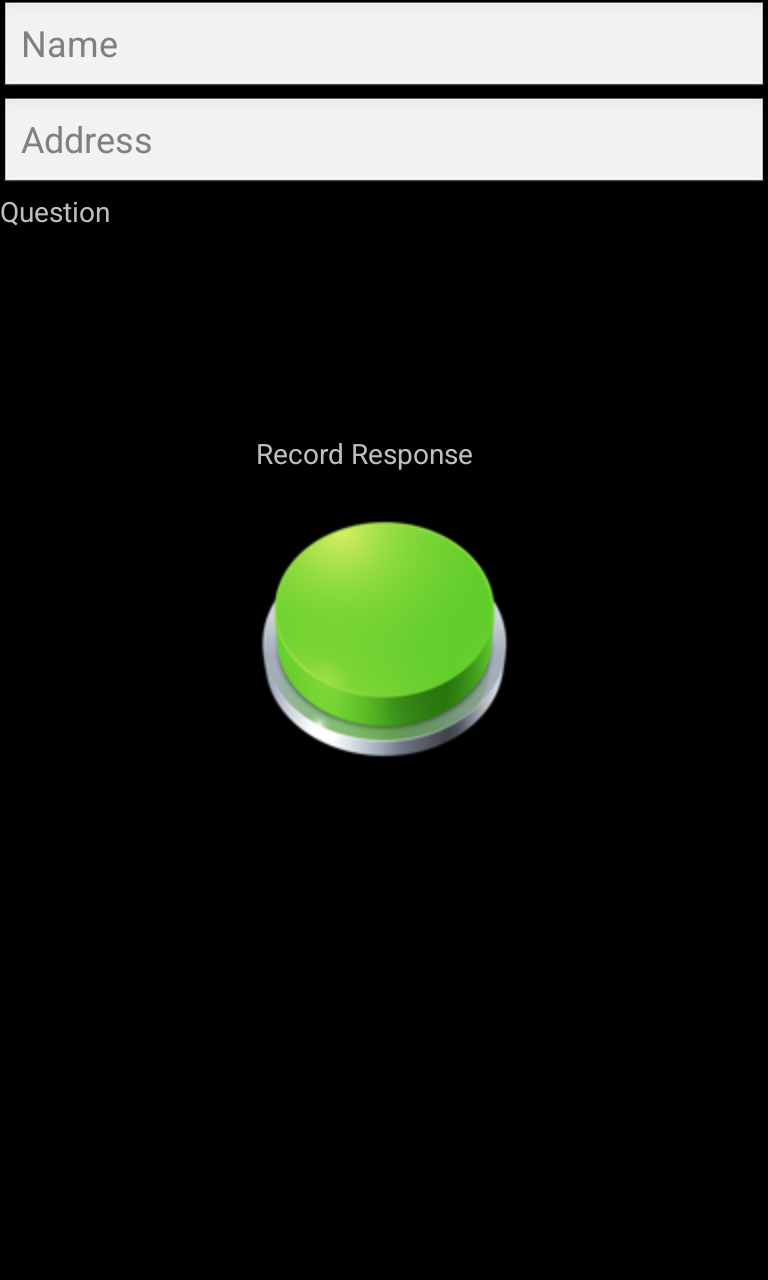
Repository: Anmol92verma/SurveyApp
Layout: SoundServey/res/layout/activity_main.xml
An editor plug-in stored every save of this project. The layout is shown before and after a run of saves, followed by the edit.
It is drawn on a 768 x 1280 px phone screen (xhdpi) without system bars, with theme android:Theme.Black; the app's code is not run.

Above is the layout before, as saved 2015-02-21 16:43:21.

After the next 2 saves:
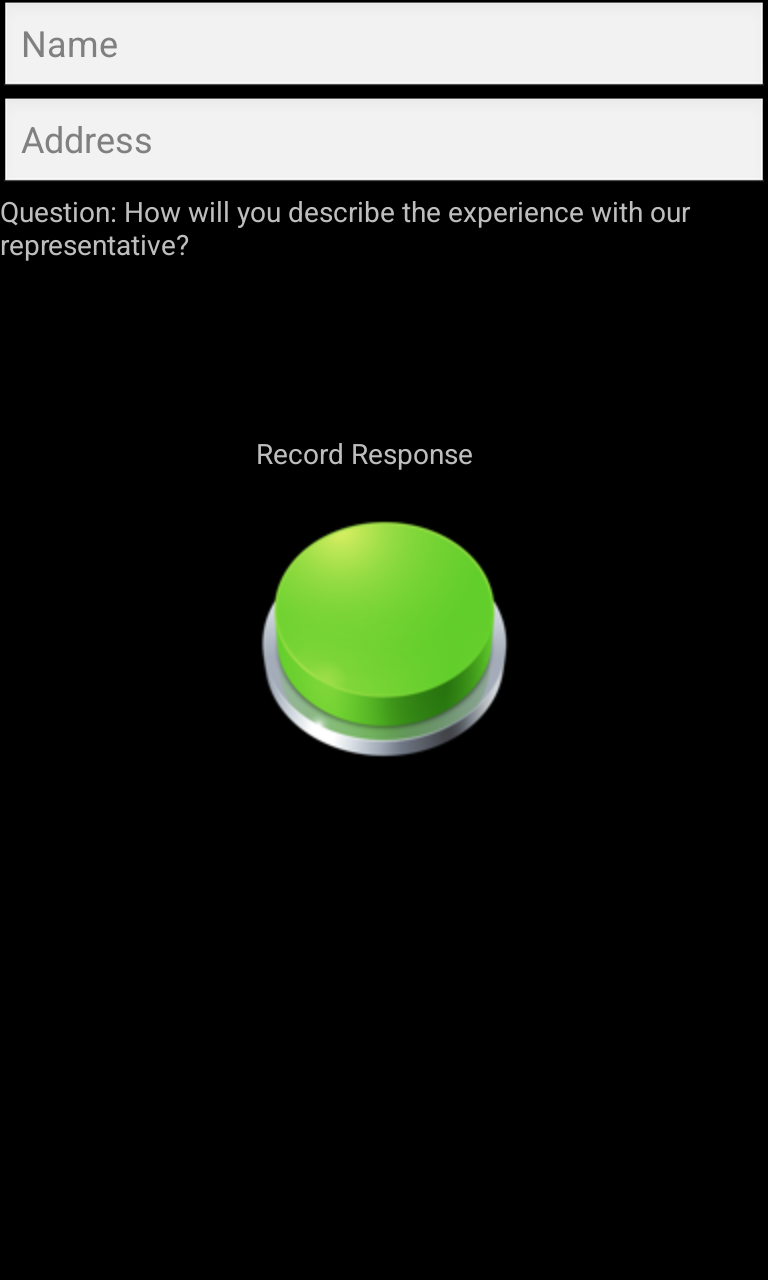
The 2 saves are shown as one change because they came seconds apart.
The last was saved 31 s later.
--- a/SoundServey/res/values/strings.xml
+++ b/SoundServey/res/values/strings.xml
@@ -4,6 +4,7 @@
     <string name="app_name">SoundSer</string>
     <string name="string_name">Name</string>
     <string name="string_address">Address</string>
-    <string name="string_question">Question</string>
-	<string name="string_recording">Record Response</string>
+    <string name="string_question">Question: How will you describe the experience with our representative?</string>
+    <string name="string_recording">Record Response</string>
+
 </resources>
